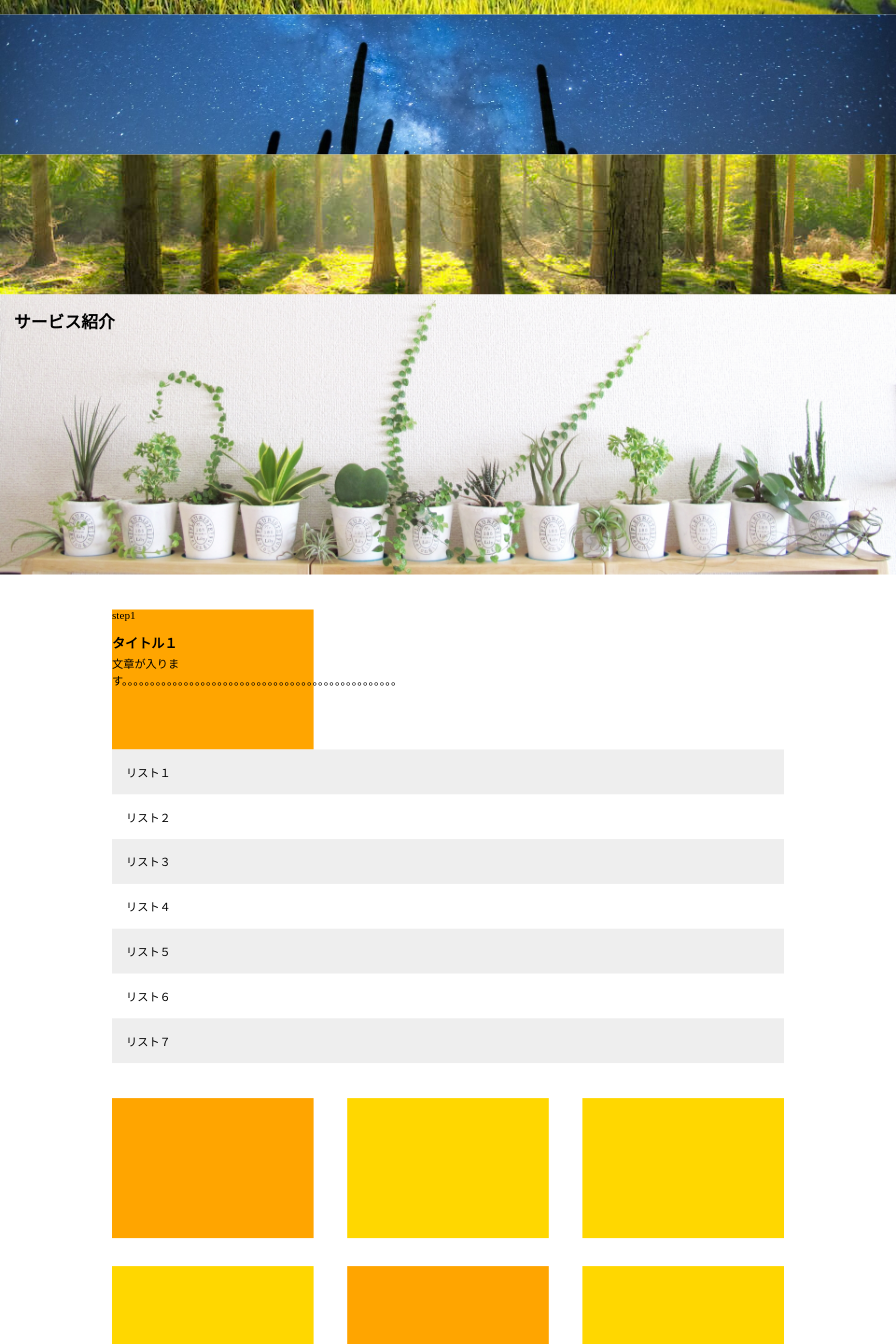
Repository: yymmyymm/review-sub1
Page: caravan2/index2.html
The author's editor kept a record of every edit. The page is drawn from the files as they stood at one moment, then again after the next edit.
The browser window is 1280 px wide. The pictures show the part of the page from y = 1014 to 2934 px (the page is 3433 px tall), at 70% of full size.
Some web libraries are served in a nearby version.

Above is the page before.

After the next edit:
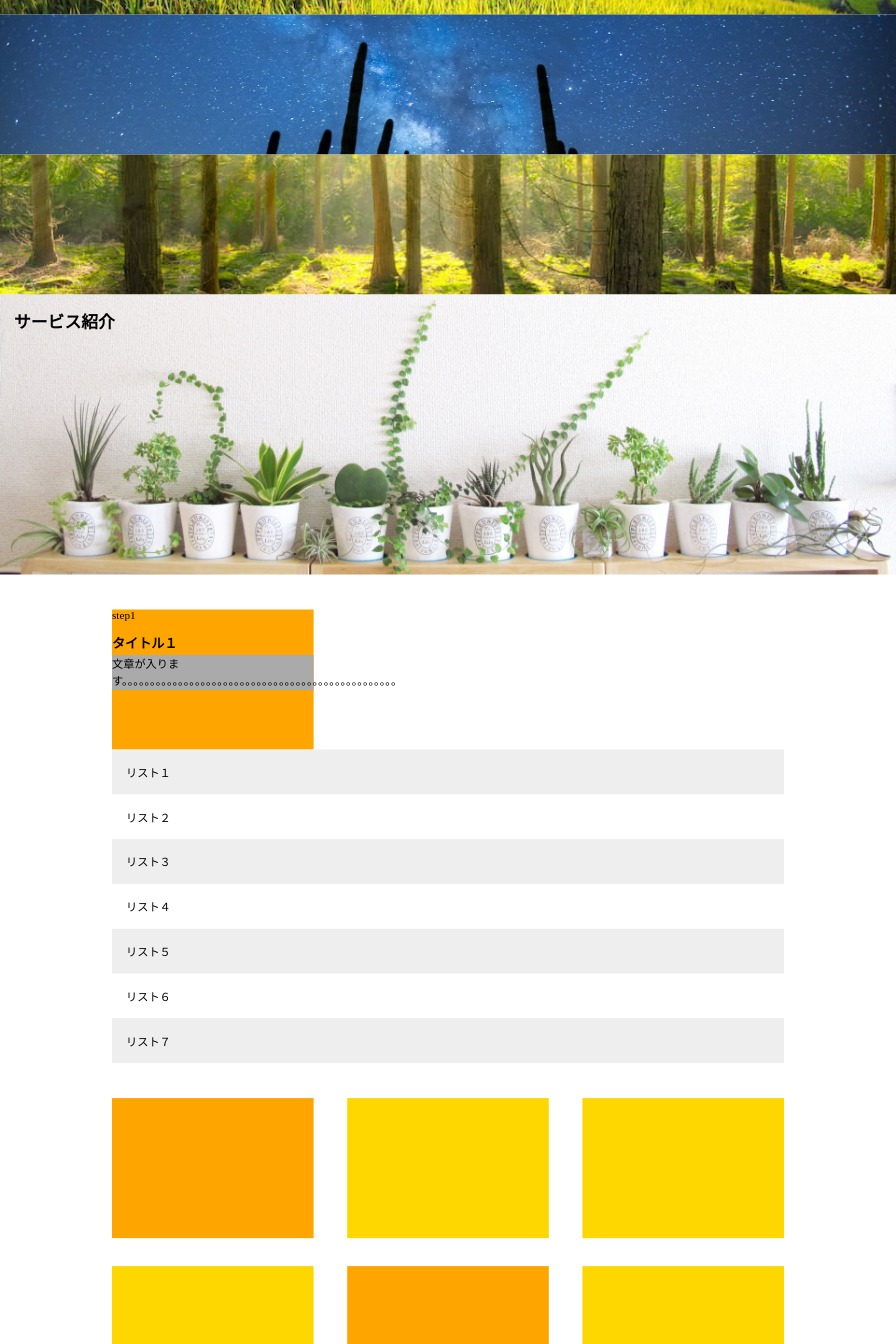
The edit:
--- a/caravan2/style2.css
+++ b/caravan2/style2.css
@@ -82,6 +82,11 @@
   margin: 15px 0 5px;
 }
 
+.text{
+  height: 50px;
+  background-color:  #aaa;
+}
+
 .box1{
   width: 200px;
   height: 200px;
